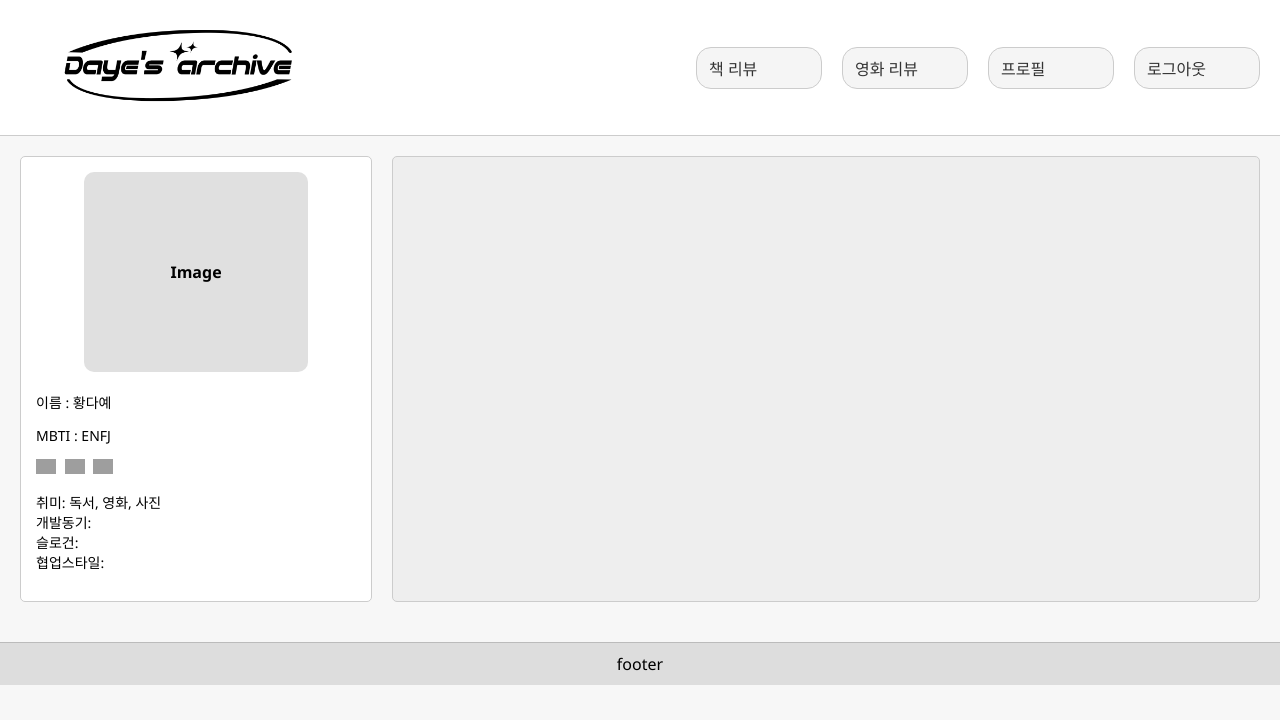
Repository: HWANG-DAYE/spring_project
Page: http://localhost/daye_archive/WEB-INF/views/main.jsp
These files come from the project's save history. The page is drawn as it stood at one moment and after the next save; the edit follows.
The browser window is 1280 px wide. The pictures show the whole page.
Pictures or frames that could not be fetched are drawn as grey boxes. The page is served by Tomcat 9. Nobody is signed in. Other server files are loaded and not shown. The template is opened directly, without the code that normally fills it, so the values that code supplies are empty.

Above is the page before, as saved 2025-08-06 06:05:00.

### daye_archive/src/main/webapp/WEB-INF/views/main.jsp
<%@ page language="java" contentType="text/html; charset=UTF-8"
	pageEncoding="UTF-8"%>
<%@ taglib uri="http://java.sun.com/jsp/jstl/core" prefix="c"%>
<!DOCTYPE html>
<html lang="ko">
<head>
<meta charset="UTF-8">
<title>메인 페이지</title>
<style>
body {
	margin: 10px;
	font-family: 'Segoe UI', Tahoma, Geneva, Verdana, sans-serif;
	background-color: #f7f7f7;
}

header {
	display: flex;
	justify-content: space-between;
	align-items: center;
	padding: 10px 20px;
	background-color: #ffffff;
	border-bottom: 1px solid #ccc;
}


.container {
	display: flex;
	padding: 20px;
}

.profile {
	width: 320px;
	background-color: #fff;
	border: 1px solid #ccc;
	padding: 15px;
	border-radius: 5px;
	margin-right: 20px;
	text-align: center;
	align-items: center;
}

.profile .image-box {
	width: 70%;
	height: 200px;
	background-color: #e0e0e0;
	border-radius: 10px;
	margin: 0 auto 10px; /* 가운데 정렬을 위해 수정 */
	display: flex;
	justify-content: center;
	align-items: center;
	font-weight: bold;
}

.profile .info {
	text-align: left;
	font-size: 14px;
	margin-top: 20px;
	margin-right: 70px;
}

.profile .sns {
	margin: 8px 0;
}

.profile .sns img {
	width: 20px;
	margin-right: 5px;
}

.content {
	flex: 1;
	background-color: #eeeeee;
	border: 1px solid #ccc;
	border-radius: 5px;
	min-height: 400px;
}

footer {
	text-align: center;
	padding: 10px;
	background-color: #ddd;
	border-top: 1px solid #bbb;
	margin-top: 20px;
}
</style>
</head>
<body>

	<header>
		<jsp:include page="navi.jsp" />
	</header>

	<div class="container">
		<div class="profile">
			<div class="image-box">Image</div>
			<div class="info">
				<p>이름 : 황다예</p>
				<p>MBTI : ENFJ</p>
				<div class="sns">
					<img src="img/github.png" alt="GitHub"> <img
						src="img/velog.png" alt="Velog"> <img src="img/notion.png"
						alt="Notion">
				</div>
				<p>
					취미: 독서, 영화, 사진<br> 개발동기: <br> 슬로건: <br> 협업스타일:
				</p>
			</div>
		</div>

		<div class="content">
			<!-- 중앙 컨텐츠 영역 -->
		</div>
	</div>

	<footer> footer </footer>

</body>
</html>

### daye_archive/src/main/webapp/WEB-INF/views/navi.jsp
<%@ page language="java" contentType="text/html; charset=UTF-8"
	pageEncoding="UTF-8"%>
<!DOCTYPE html>
<html>
<head>
<meta charset="UTF-8">
<title>Insert title here</title>
<style>
body {
	margin: 0;
	font-family: 'Segoe UI', Tahoma, Geneva, Verdana, sans-serif;
	background-color: #f7f7f7;
}

header {
	display: flex;
	align-items: center;
	padding: 10px 20px;
	background-color: #ffffff;
	border-bottom: 1px solid #ccc;
}

.logo-img {
	height: 80px;
	padding: 15px 40px;
	object-fit: contain;
}

.container {
	display: flex;
	padding: 20px;
}

.nav-links {
	display: flex;
	gap: 20px;
}

.nav-links a {
	width: 100px;
	heigh: 50px;
	text-decoration: none;
	color: #333;
	padding: 8px 12px;
	border-radius: 15px;
	border: 1px solid #ccc;
	background-color: #f5f5f5;
	transition: background-color 0.2s;
}

.nav-links a:hover {
	background-color: #e0e0e0;
}
</style>
</head>
<body>
	<!-- navi.jsp -->
	<div class="logo">
		<a href="main.jsp"> <img
			src="${pageContext.request.contextPath}/resources/images/logo1.png"
			alt="Logo" class="logo-img">
		</a>
	</div>

	<nav class="nav-links">
		<a href="bookList.jsp">책 리뷰</a> <a href="movieList.jsp">영화 리뷰</a> <a
			href="profile.jsp">프로필</a> <a href="logout.jsp">로그아웃</a>
	</nav>


</body>
</html>

After the next save:
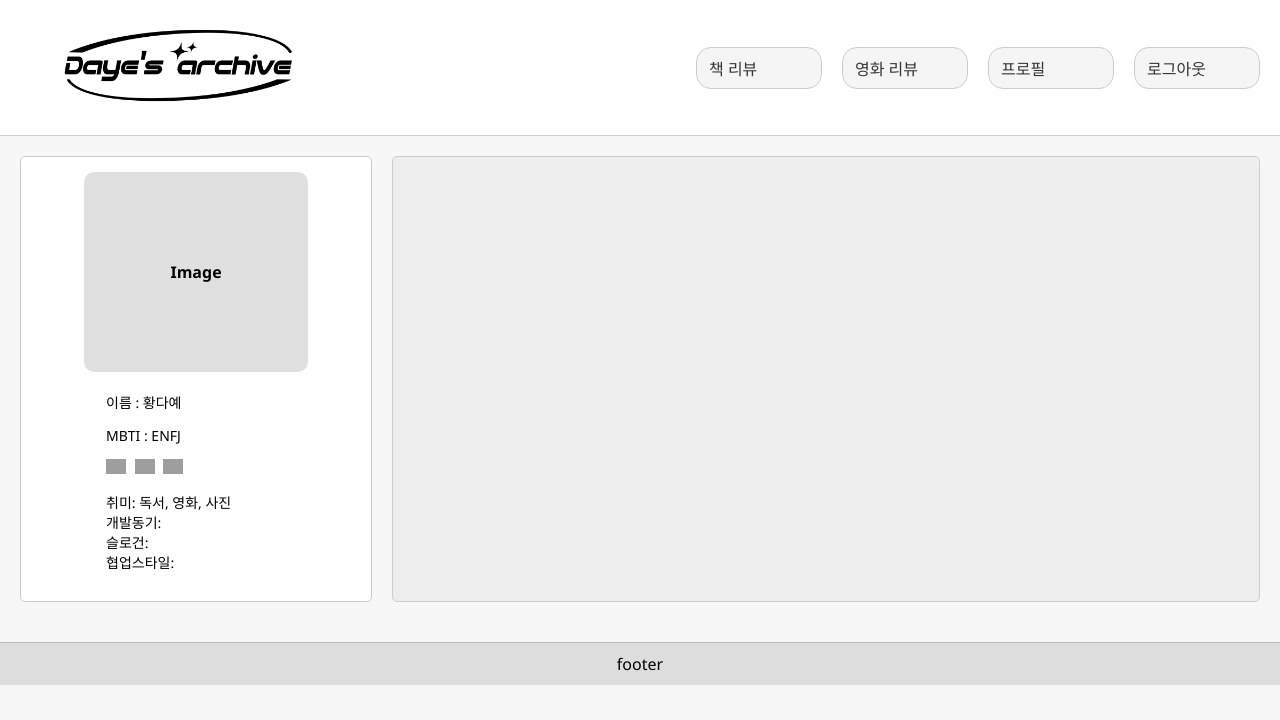
Saved 16 s later.
--- a/daye_archive/src/main/webapp/WEB-INF/views/main.jsp
+++ b/daye_archive/src/main/webapp/WEB-INF/views/main.jsp
@@ -55,7 +55,7 @@ header {
 	text-align: left;
 	font-size: 14px;
 	margin-top: 20px;
-	margin-right: 70px;
+	margin-left: 70px;
 }
 
 .profile .sns {
